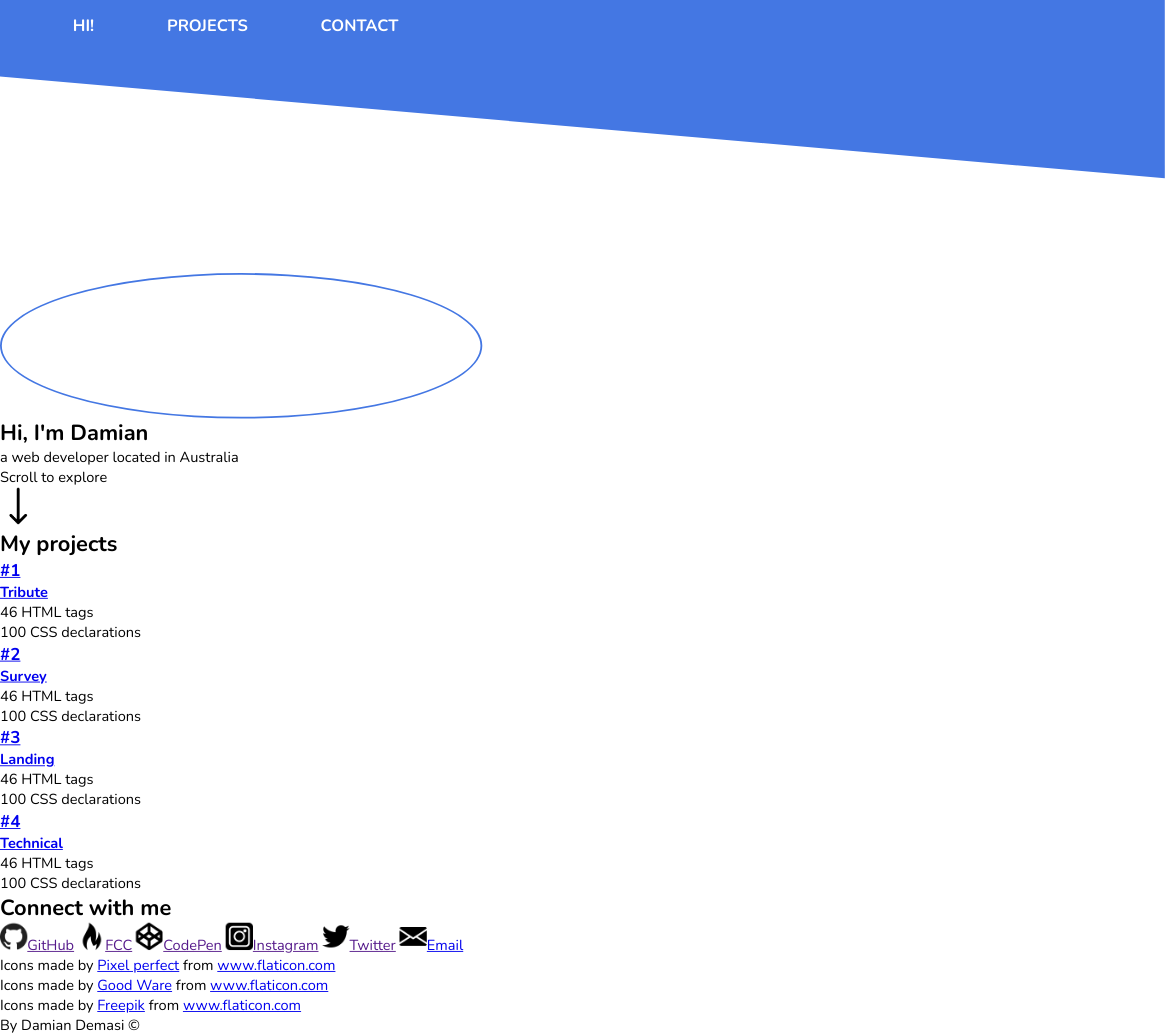
Repository: Colo-Codes/freecodecamp-05-Personal-Portfolio-Webpage
Page: index.html
The author's editor kept a copy of each file at every save. The page is drawn from the files as they stood at one save, then again after the next save.
The browser window is 1280 px wide. The pictures show the whole page, at 91% of full size.

Above is the page before, as saved 2021-06-03 11:46:38.

### index.html
<!DOCTYPE html>
<html lang="en">
<head>
    <meta charset="UTF-8">
    <meta http-equiv="X-UA-Compatible" content="IE=edge">
    <meta name="viewport" content="width=device-width, initial-scale=1.0">
    <link rel="preconnect" href="https://fonts.gstatic.com">
    <link href="https://fonts.googleapis.com/css2?family=Nunito:wght@300;400;700&display=swap" rel="stylesheet">
    <link rel="stylesheet" href="./css/index.css">
    <title>Personal Portfolio Webpage</title>
</head>
<body>
    <header>
        <navbar id="navbar">
            <ul id="navbar-flex-container">
                <li class="navbar-flex-item">Hi!</li>
                <li class="navbar-flex-item">Projects</li>
                <li class="navbar-flex-item">Contact</li>
            </ul>
        </navbar>
    </header>

    <section id="welcome-section">
        <div id="top-layer">
            <div id="hero-img" role="img" aria-label="Damian's profile picture: he has a hat, beard, and he is looking left while standing on a green field."></div>
            <h1>Hi, I'm Damian</h1>
            <p>a web developer located in Australia</p>
            <p>Scroll to explore</p>
            <img src="./img/down-arrow.png" alt="Arrow pointing down." height="40px">
        </div>
        <div id="bottom-layer"></div>
    </section>

    <section id="projects">
        <h2>My projects</h2>

        <div class="project-card">
            <div class="project-tile">
                <a href="#project1"><h3>#1</h3><h4>Tribute</h4></a>
            </div>
            <p>46 HTML tags</p>
            <p>100 CSS declarations</p>
        </div>

        <div class="project-card">
            <div class="project-tile">
                <a href="#project1"><h3>#2</h3><h4>Survey</h4></a>
            </div>
            <p>46 HTML tags</p>
            <p>100 CSS declarations</p>
        </div>

        <div class="project-card">
            <div class="project-tile">
                <a href="#project1"><h3>#3</h3><h4>Landing</h4></a>
            </div>
            <p>46 HTML tags</p>
            <p>100 CSS declarations</p>
        </div>

        <div class="project-card">
            <div class="project-tile">
                <a href="#project1"><h3>#4</h3><h4>Technical</h4></a>
            </div>
            <p>46 HTML tags</p>
            <p>100 CSS declarations</p>
        </div>

    </section>

    <section id="contact">
        <h2>Connect with me</h2>
        <a href="" id="profile-link" target="_blank"><img src="./img/github.png" width="30px">GitHub</a>
        <a href="" id="profile-link-fcc" target="_blank"><img src="./img/fire.png" width="30px">FCC</a>
        <a href="" id="profile-link-codepen" target="_blank"><img src="./img/3d-outlined-shape.png" width="30px">CodePen</a>
        <a href="" id="profile-link-instagram" target="_blank"><img src="./img/instagram.png" width="30px">Instagram</a>
        <a href="" id="profile-link-twitter" target="_blank"><img src="./img/twitter.png" width="30px">Twitter</a>
        <a href="mailto:damian.demasi.1@gmail.com" id="profile-link-email" target="_blank"><img src="./img/email.png" width="30px">Email</a>
    </section>

    <footer>
        <div>Icons made by <a href="https://www.flaticon.com/authors/pixel-perfect" title="Pixel perfect">Pixel perfect</a> from <a href="https://www.flaticon.com/" title="Flaticon">www.flaticon.com</a></div>
        <div>Icons made by <a href="https://www.flaticon.com/authors/good-ware" title="Good Ware">Good Ware</a> from <a href="https://www.flaticon.com/" title="Flaticon">www.flaticon.com</a></div>
        <div>Icons made by <a href="https://www.freepik.com" title="Freepik">Freepik</a> from <a href="https://www.flaticon.com/" title="Flaticon">www.flaticon.com</a></div>
        <p>By Damian Demasi &copy;</p>
    </footer>
</body>
</html>

### css/index.css
/* @media */

/* The height of the welcome section should be equal to the height of the viewport. */

/* The navbar should always be at the top of the viewport. */

/* Border-box and font-size */
html {
    box-sizing: border-box;
    font-size: 16px;
}
body {
    font-family: 'Nunito', sans-serif;
}

/* Reset margins and set global values */

*, *::before, *::after {
    box-sizing: inherit;
    margin: 0;
    padding: 0;
}

/* Navbar */

#navbar {
    display: block;
    background-color: #4477E3;
    /* 1rem = 16px -> 18.75rem = 300px */
    height: 18.75rem;
    width: 100%;
    transform: skewY(5deg) translateY(-10rem);
}
#navbar-flex-container {
    display: flex;
    /* align-items: center; */
    /* justify-content: space-around; */
    height: 100%;
    transform: skewY(-5deg) translateY(5rem);

}
.navbar-flex-item {
    list-style: none;
    margin: 6rem 0 0 5rem;
    font-style: normal;
    font-weight: bold;
    font-size: 1.125rem;
    text-transform: uppercase;
    color: white;
}

/* Hero */

#welcome-section {

}

#hero-img {
    border-radius: 50%;
    height: 10rem;
    max-width: 33.125rem;
    border: 2px solid #4477E3;
    background-image:url(css/6D5BF231-2A3E-4029-9EFE-9C82AF0D506F_1_105_c.jpeg)
    box-shadow: inset 0px 0px 25px 25px rgba(0, 0, 0, 0.5);
}

After the next save:
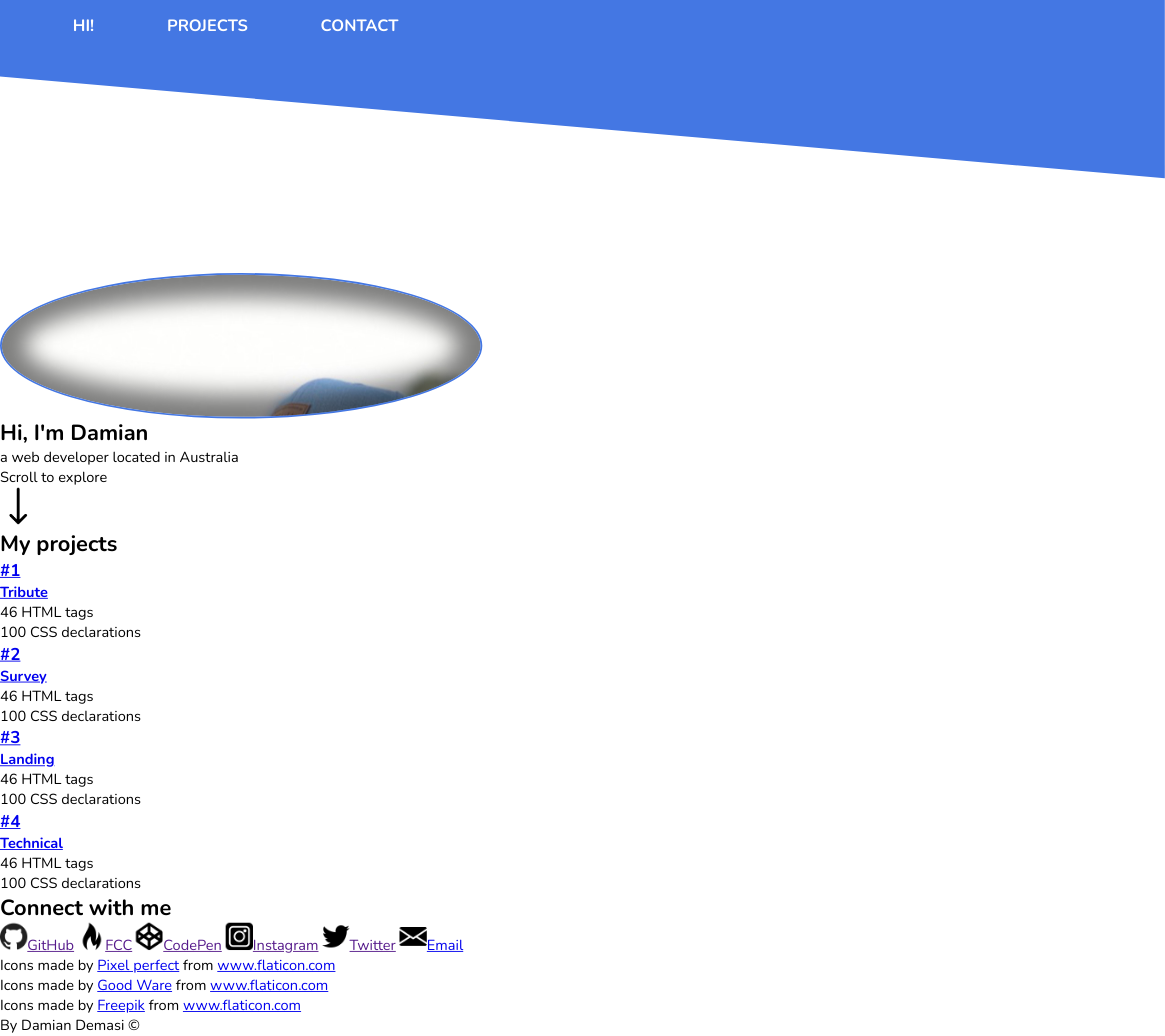
Saved 5 s later.
--- a/css/index.css
+++ b/css/index.css
@@ -60,6 +60,6 @@ body {
     height: 10rem;
     max-width: 33.125rem;
     border: 2px solid #4477E3;
-    background-image:url(css/6D5BF231-2A3E-4029-9EFE-9C82AF0D506F_1_105_c.jpeg)
+    background-image: url(css/6D5BF231-2A3E-4029-9EFE-9C82AF0D506F_1_105_c.jpeg);
     box-shadow: inset 0px 0px 25px 25px rgba(0, 0, 0, 0.5);
 }
